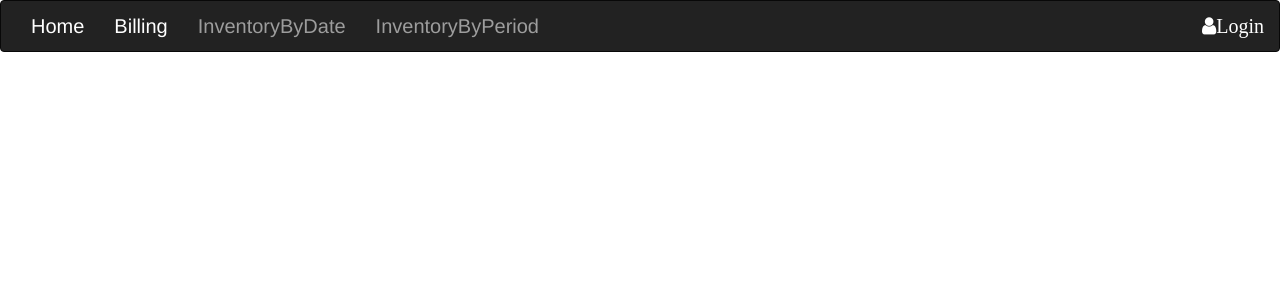
Repository: Abinesh-T/FinallDtProject
Page: http://localhost/Sri_Ananda/views/header.jsp
An editor plug-in stored every save of this project. The page is shown before and after the next save, followed by the edit.
The browser window is 1280 px wide. The pictures show the whole page.
Some web libraries are served in a nearby version. The page is served by Tomcat 9. Nobody is signed in. The application's start-up code is not run. Other server files are loaded and not shown.

Above is the page before, as saved 2018-08-05 09:43:03.

### Sri_Ananda/src/main/webapp/views/header.jsp
<%@ page language="java" contentType="text/html; charset=ISO-8859-1"
	pageEncoding="ISO-8859-1"%>
<%@ taglib prefix="c" uri="http://java.sun.com/jsp/jstl/core"%>
<!DOCTYPE html PUBLIC "-//W3C//DTD HTML 4.01 Transitional//EN" "http://www.w3.org/TR/html4/loose.dtd">
<html>
<head>
<title>Techtronixs</title>
<meta charset="utf-8">
<meta name="viewport" content="width=device-width, initial-scale=1">
<link rel="stylesheet"
	href="https://maxcdn.bootstrapcdn.com/bootstrap/3.3.7/css/bootstrap.min.css">
<script
	src="https://ajax.googleapis.com/ajax/libs/jquery/3.3.1/jquery.min.js"></script>
<script
	src="https://maxcdn.bootstrapcdn.com/bootstrap/3.3.7/js/bootstrap.min.js"></script>
<style>
.high {
	width: 100px;
	image-resolution: 25dpi;
}
</style>
<link rel="stylesheet"
	href="https://maxcdn.bootstrapcdn.com/bootstrap/3.3.7/css/bootstrap.min.css">
<script
	src="https://ajax.googleapis.com/ajax/libs/jquery/3.2.1/jquery.min.js"></script>
<script
	src="https://maxcdn.bootstrapcdn.com/bootstrap/3.3.7/js/bootstrap.min.js"></script>
<link
	href="//maxcdn.bootstrapcdn.com/font-awesome/4.1.0/css/font-awesome.min.css"
	rel="stylesheet">

<style type="text/css">
.backgroundclr {
	background-color: #59503e;
}
</style>

</head>
<body>
	<nav class="navbar navbar-inverse">
	<div class="container-fluid">
		<ul class="nav navbar-nav">
			<li><a href="index" style="font-size: 20px; color: white;">Home</a></li>
			<li><a href="index" style="font-size: 20px; color: white;">Billing</a></li>
			<li><a href="InventoryByDate" style="font-size: 20px;">InventoryByDate</a></li>
			<li><a href="InventoryByPeriod" style="font-size: 20px;">InventoryByPeriod</a></li>
		</ul>
		<c:if test="${pageContext.request.userPrincipal.name  == 'admin'}">
			<li><a href="<c:url value="/admin" />">Admin</a></li>
		</c:if>

		<ul class="nav navbar-nav navbar-right">
			<c:if test="${pageContext.request.userPrincipal.name == null }">
				<li>
					<%-- <a href=' <c:url value="/login" />'>Login</a> --%>
				</li>
				<li><a href="<c:url value="login"/>" role="button"
					aria-haspopup="true" aria-expanded="false" class="fa fa-user"
					style="font-size: 20px; color: white">Login</a></li>
			</c:if>
			<c:if test="${pageContext.request.userPrincipal.name  != null}">
				<li><a>Welcome: ${pageContext.request.userPrincipal.name}</a></li>
				<li><a href='<c:url value="/logout" />'>Signout</a></li>
			</c:if>

		</ul>
	</div>
	</nav>
</body>
</html>

After the next save:
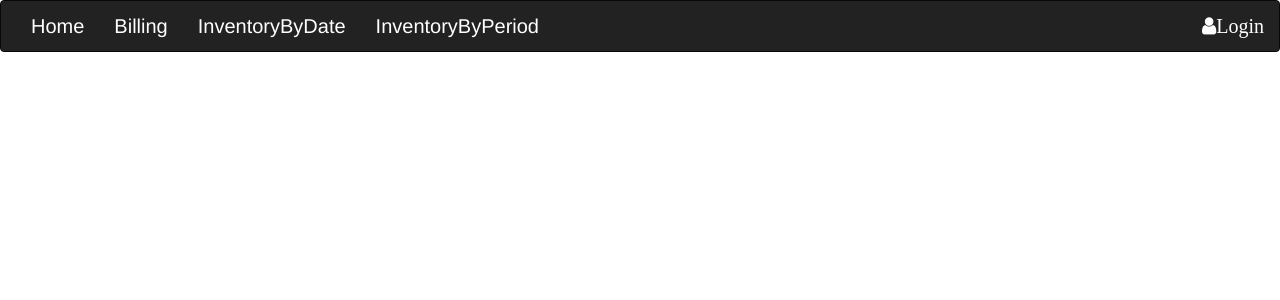
Saved 42 s later.
--- a/Sri_Ananda/src/main/webapp/views/header.jsp
+++ b/Sri_Ananda/src/main/webapp/views/header.jsp
@@ -42,8 +42,8 @@
 		<ul class="nav navbar-nav">
 			<li><a href="index" style="font-size: 20px; color: white;">Home</a></li>
 			<li><a href="index" style="font-size: 20px; color: white;">Billing</a></li>
-			<li><a href="InventoryByDate" style="font-size: 20px;">InventoryByDate</a></li>
-			<li><a href="InventoryByPeriod" style="font-size: 20px;">InventoryByPeriod</a></li>
+			<li><a href="InventoryByDate" style="font-size: 20px; color: white;">InventoryByDate</a></li>
+			<li><a href="InventoryByPeriod" style="font-size: 20px; color: white;">InventoryByPeriod</a></li>
 		</ul>
 		<c:if test="${pageContext.request.userPrincipal.name  == 'admin'}">
 			<li><a href="<c:url value="/admin" />">Admin</a></li>
